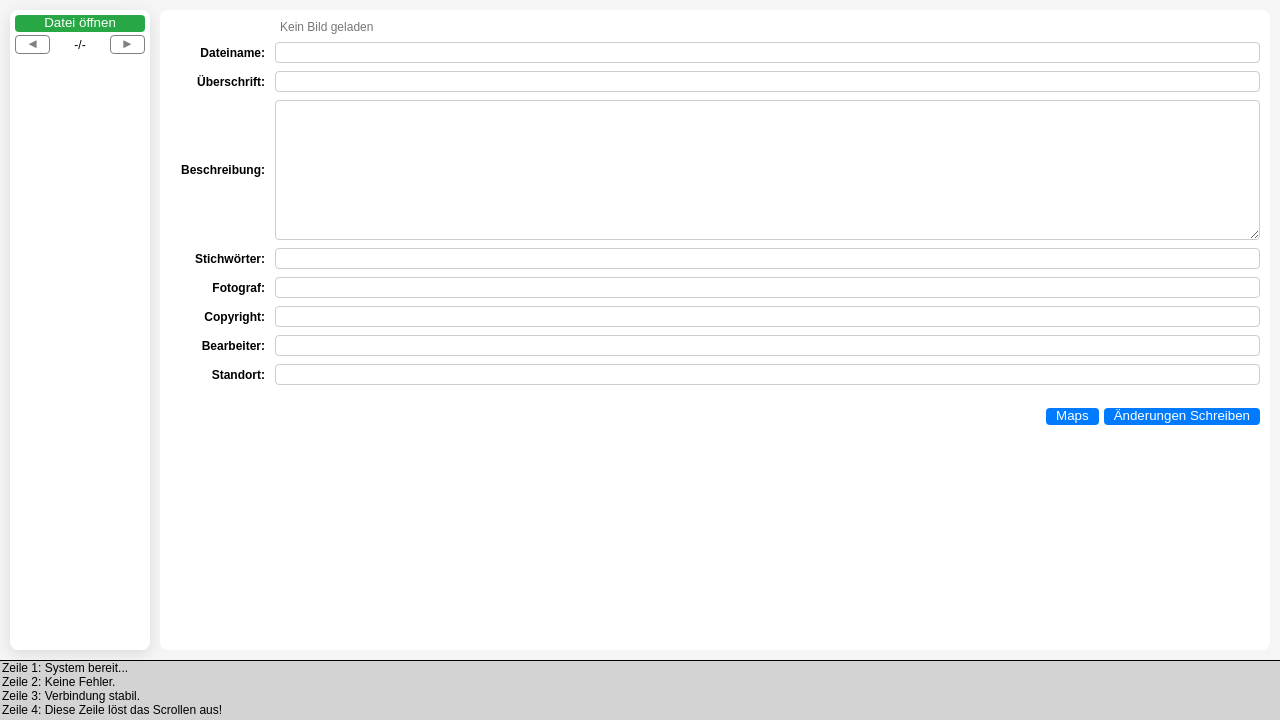
Repository: h-fahle/metadata
Page: ui/index.html
These files come from the project's save history. The page is drawn as it stood at one moment and after the next save; the edit follows.
The browser window is 1280 px wide. The pictures show the whole page.

Above is the page before, as saved 2026-08-19 17:00:16.

### ui/index.html
<!DOCTYPE html>
<html lang="de">

<head>
	<meta charset="UTF-8">
	<title>Tauri ExifTool Test</title>
	<script src="script.js" defer></script>
	<link rel="stylesheet" href="style.css">
</head>

<body>

	<main id="main-container">

		<!-- Das Vorschaubild links -->
		<aside id="sidebar">

			<button id="file-open" onclick="dateiAuswählen()">Datei öffnen</button>

			<div id="nav">
				<button class="blaettern" onclick="blaettern(-1)">◄</button>
				<span id="img-nummer">-/-</span>
				<button  class="blaettern" onclick="blaettern(1)">►</button>
			</div>

<!-- 		<select id="menue-oeffnen" onchange="menueAktion(this)" >
				<option value="dateien">🖼️ Bilder öffnen...</option>
				<option value="ordner">📁 Ordner öffnen...</option>
			</select>
 -->
			<img id="vorschau-bild" src="" style="display:none;" />
			<div id="bild-info" style="text-align:center;">
				<span id="img-datum"></span><br>
				<span id="img-groesse"></span>
			</div>
		</aside>

		<!-- Das Formular rechts -->
		<section id="form-container">

			<div id="ordner-pfad">Kein Bild geladen</div>

			<div class="form-row tooltip" data-tooltip=
"Im Einzelmodus: Änderung des Dateinamens bewirkt
   Umbenennung der Datei.
Im Stapelmodus: Ordnername is nicht änderbar.!">
				<label for="filename">Dateiname:</label>
				<input type="text" id="filename" name="filename"/>
			</div>

			<div class="form-row tooltip" data-tooltip=
"Auch: (Dokument-)Titel, Schlagzeile, Headline">
				<label for="caption">Überschrift:</label>
				<input type="text" id="caption" name="caption"/>
			</div>

			<div class="form-row tooltip" data-tooltip=
"Beschreibender Text in beliebiger Länge.
(Im Stapelmodus wird der eingegebene Text
   an vorhandenen angehängt.)
Hinweis: Einige Programme zeigen nur 2.000 Zeichen
   oder auch weniger an.">
				<label for="description">Beschreibung:</label>
				<textarea id="description" name="description"></textarea>
			</div>

			<div class="form-row tooltip" data-tooltip=
"Komma-separierte Liste. Groß-/Kleinschreibung beachten.
Im Stapelmodus werden die eingegebenen Stichwörter
   an vorhandene angehängt.">
				<label for="keywords">Stichwörter:</label>
				<input type="text" id="keywords" name="keywords"/>
			</div>

			<div class="form-row tooltip" data-tooltip=
"Urheber, Ersteller, Autor
(Tags: Artitst, Creator, By-line)">
				<label for="creator">Fotograf:</label>
				<input type="text" id="creator" name="creator"/>
			</div>

			<div class="form-row tooltip" data-tooltip=
"Urheberrechtshinweis; enthält in der Regel:
Name des Fotografen, Aufnahmejahr und Nutzungsrechte;
(z.B. 'Copyright [1975] [Mustermann], Alle Rechte vorbehalten')">
				<label for="copyright">Copyright:</label>
				<input type="text" id="copyright" name="copyright"/>
			</div>

			<div class="form-row tooltip" data-tooltip=
"Verfasser der Metadaten
(Tags: Caption Writer, Writer Editor)">
				<label for="editor">Bearbeiter:</label>
				<input type="text" id="editor" name="editor"/>
			</div>

			<div class="form-row tooltip" data-tooltip=
"GPS-Koordinaten in Dezimalgrad (51.49129, 8.43317).
Ermitteln der Koordinaten in der Google Maps-Karte:
  1. mit rechter Maustaste auf den Standort klicken,
  2. auf die angezeigten Koordinaten klicken,
  3. der so gespeicherte Wert kann dann mit Strg+V
     kopiert werden.">
				<label for="position">Standort:</label>
				<input type="text" id="position" name="position"/>
			</div>

			<!-- Button-Leiste -->
			<div class="button-group" style="text-align: right; margin-top: 15px;">
				<button type="button" onclick="zeigeMaps(event)" style="background: #007BFF;">Maps</button>
				<button type="button" onclick="exifSchreiben(event)" style="background: #007BFF;">Änderungen Schreiben</button>
			</div>

		</section>  <!-- Ende der form-containers-->
	</main> <!-- Ende des main-containers -->

	<footer id="statusleiste">
		<div id="status-text">
			Zeile 1: System bereit...<br>
			Zeile 2: Keine Fehler.<br>
			Zeile 3: Verbindung stabil.<br>
			Zeile 4: Diese Zeile löst das Scrollen aus!
		</div>
	</footer>


</body>

</html>

### ui/script.js
let aktuellerBildPfad = "";
let bilderListe = [];
let aktuellerIndex = -1;
let status = document.getElementById('statusleiste');


function zeigeStatus(nachricht) {
    status.innerText = nachricht;
}

async function dateiAuswählen() {
    try {
        const ergebnis = await window.__TAURI__.core.invoke('plugin:dialog|open', {
            options: {
                title: 'Bilddatei für ExifTool auswählen',
                directory: false,
                multiple: false,
                filters: [
                    { name: 'Bilder', extensions: ['jpg', 'jpeg', 'png', 'gif', 'tif', 'tiff', 'webp', 'avif', 'heic', 'heif'] }
                ]
            }
        });

        if (ergebnis) {
            const pfad = typeof ergebnis === 'object' ? ergebnis.path : ergebnis;
            aktuellerBildPfad = pfad;

            // Bilderliste des Ordners auslesen
            await ladeOrdnerBilder(pfad);

            // Metadaten für das aktuelle Bild einlesen
            exifAuslesen();
        }
    } catch (fehler) {
        zeigeStatus("Dialog-Fehler: " + fehler);
    }
}

async function ladeOrdnerBilder(pfad) {
    try {
        bilderListe = await window.__TAURI__.core.invoke('hole_ordner_bilder', { dateipfad: pfad });
        // Finde den Index des aktuell geöffneten Bildes
        aktuellerIndex = bilderListe.indexOf(pfad);
    } catch (fehler) {
        console.error("Fehler beim Laden des Ordnerinhalts:", fehler);
        ausgabe.innerHTML = "<span style='color: red;'>Fehler beim Laden des Ordnerinhalts: " + fehler + "</span>";
        bilderListe = [pfad];
        aktuellerIndex = 0;
    }
}

function blaettern(richtung) {
    if (bilderListe.length === 0) return;

    aktuellerIndex += richtung;

    // Begrenzungen einhalten
    if (aktuellerIndex < 0) {
        aktuellerIndex = 0;
        return;
    }
    if (aktuellerIndex >= bilderListe.length) {
        aktuellerIndex = bilderListe.length - 1;
        return;
    }

    aktuellerBildPfad = bilderListe[aktuellerIndex];
    exifAuslesen();
}

async function exifAuslesen() {
    const pfad = aktuellerBildPfad;
    const vorschauImg = document.getElementById("vorschau-bild");

    zeigeStatus("Rufe ExifTool auf...");

    try {
        // 1. Metadaten über Rust holen
        const jsonText = await window.__TAURI__.core.invoke('lese_bild_metdaten', { dateipfad: pfad });
        const datenObjekt = JSON.parse(jsonText)[0]; 	// Das 1. JSON-Objekt im JSON-Array in JS-Objekt umwandeln

        if (bilderListe.length > 0) {
            document.getElementById('img-nummer').innerText = `${aktuellerIndex + 1}/${bilderListe.length}`;
        } else {
            document.getElementById('img-nummer').innerText = '0/0';
        }

        let aufnahmeDatum = datenObjekt.DateTimeOriginal;
        if (typeof aufnahmeDatum === 'undefined') aufnahmeDatum = '---';

        document.getElementById('img-datum').innerText = '\u{1F4F7} ' + aufnahmeDatum || '';
        document.getElementById('img-groesse').innerText = '⤢ ' + datenObjekt.ImageSize || '';

        document.getElementById('filename').value = datenObjekt.FileName || '';
        document.getElementById('caption').value = datenObjekt.CMB_Caption || '';
        document.getElementById('description').value = datenObjekt.Description || '';
        document.getElementById('keywords').value = datenObjekt.Keywords || '';
        document.getElementById('creator').value = datenObjekt.Creator || '';
        document.getElementById('copyright').value = datenObjekt.Copyright || '';
        document.getElementById('editor').value = datenObjekt.CMB_Editor || '';
        document.getElementById('position').value = datenObjekt.GPSPosition || '';

        const vollerPfad = pfad;
        // Erkennt automatisch Linux-Schrägstriche (/) und Windows-Backslashes (\)
        const letzterSlash = Math.max(vollerPfad.lastIndexOf('/'), vollerPfad.lastIndexOf('\\'));
        let ordner = "Unbekannt";
        if (letzterSlash !== -1) {
            ordner = vollerPfad.substring(0, letzterSlash);
        }
        // Den berechneten Ordnerpfad in das neue Label schreiben
        document.getElementById('ordner-pfad').innerText = ordner;

        // Wir nehmen das erste Element der Liste (ExifTool liefert immer ein Array)
        zeigeStatus(jsonText);

        // Wir fragen Rust nach dem besten Weg für das Bild
        const vorschauErgebnis = await window.__TAURI__.core.invoke('hole_vorschaubild', { dateipfad: pfad });

        if (vorschauErgebnis === "STANDARD") {
            // Normales JPG/PNG über das Asset-Protokoll
            const assetUrl = window.__TAURI__.core.convertFileSrc(pfad);
            vorschauImg.src = assetUrl + "?t=" + new Date().getTime();
        } else if (vorschauErgebnis.startsWith("data:[embedded picture, 23 characters]")) {
            // TIF/TIFF über den im RAM kompilierten Rust-Wandler
            vorschauImg.src = vorschauErgebnis;
        }

        vorschauImg.style.display = "block";

    } catch (fehler) {
        zeigeStatus("Fehler: " + fehler);
        vorschauImg.style.display = "none";
    }
}

async function zeigeMaps(event) {
    event.preventDefault()
    let gps = document.getElementById('position').value;

    try {
        // Ruft direkt unsere eigene, sichere Rust-Funktion auf
        await window.__TAURI__.core.invoke('oeffne_maps_browser', {
            gpsString: gps
        });
    } catch (fehler) {
        console.error("Fehler:", fehler);
        ausgabe.innerHTML = "<span style='color: red;'>Fehler bei öffnen Maps: " + fehler + "</span>";
    }
}

async function exifSchreiben(ereignis) {
    if (ereignis) ereignis.preventDefault();  // verbietet dem Browser den automatischen Seiten-Reset!

    const pfad = aktuellerBildPfad;

    zeigeStatus("Speichere Daten über ExifTool...");

    // Wir sammeln alle aktuellen Werte aus den Eingabefeldern ein
    const daten = {
        dateipfad: pfad,
        filename: document.getElementById('filename').value,
        caption: document.getElementById('caption').value,
        description: document.getElementById('description').value,
        keywords: document.getElementById('keywords').value.split(',').map(s => s.trim()).join(', '),
        creator: document.getElementById('creator').value,
        copyright: document.getElementById('copyright').value,
        editor: document.getElementById('editor').value,
        gps: document.getElementById('position').value
    };

    try {
        // Wir schicken das gesamte Paket an die Rust-Funktion 'schreibe_bild_metdaten'
        const antwort = await window.__TAURI__.core.invoke('schreibe_bild_metdaten', daten);

        // Bei Erfolg zeigen wir die Meldung in grüner Schrift an
        zeigeStatus(antwort);

        // 2. Da der Pfad dank preventDefault() jetzt bombenfest im Feld stehen bleibt,
        // funktioniert das Neuladen nun augenblicklich und fehlerfrei!
        await exifAuslesen();

    } catch (fehler) {
        // Falls etwas schiefgeht (z.B. Datei schreibgeschützt), zeigen wir den Fehler an
        zeigeStatus("Fehler: " + fehler);
    }
}

### ui/style.css
/* 1. Das App-Fenster exakt auf 100% fixieren (kein äußeres Scrollen) */
html, body {
	margin: 0;
	padding: 0;
	height: 100vh;
	width: 100vw;
	overflow: hidden; /* Verhindert jegliche äußere Scrollbalken */
	background: #f5f5f5;
	font-family: sans-serif;
	font-size: 12px;
	display: flex;
	flex-direction: column; /* Hauptinhalt oben, Statusleiste unten */
}

/* Allumfassender Box-Sizing-Fix für die gesamte App */
*, *::before, *::after {
	box-sizing: border-box;
}

/* 2. Der Hauptbereich füllt den gesamten oberen Platz aus */
#main-container {
	flex: 1;
	display: flex;
	flex-direction: row; /* Elemente nebeneinander */
	gap: 10px;
	padding: 10px;
	overflow: hidden; /* Verhindert, dass Riesen-Inhalte das Fenster sprengen */
}

/* 3. LINKS: Die Sidebar mit fester Breite */
#sidebar {
	width: 140px;
	min-width: 140px; /* Lässt die Sidebar niemals schrumpfen */
	background-color: #ffffff;
	border-radius: 8px;
	padding: 5px;
	box-shadow: 0 4px 15px rgba(0, 0, 0, 0.1);
}

/* 4. RECHTS: Das Formular nimmt den gesamten Rest ein und wächst mit */
#form-container {
	flex: 1; /* Nimmt 100% des restlichen Platzes ein */
	min-width: 0; /* Erlaubt Flexbox, die Box bei Bedarf zu verkleinern */
	background-color: #ffffff;
	border-radius: 8px;
	padding: 10px;
	display: flex;
	flex-direction: column;
	gap: 8px;
}

/* Jede Zeile wird zu einer horizontalen Flexbox */
.form-row {
	display: flex !important;
	flex-direction: row;
	align-items: center; /* Richtet Label und Input vertikal mittig zueinander aus */
	gap: 10px;           /* Abstand zwischen Label und Input */
	width: 100%;
}

/* Die Labels bekommen eine feste Breite, damit alle Inputs sauber untereinander starten */
.form-row label {
	width: 95px;         /* Breite je nach längstem Label-Text anpassen */
	min-width: 95px;     /* Verhindert, dass das Label zusammengedrückt wird */
	text-align: right;   /* Optional: Richtet den Text rechtsbündig zum Input aus */
	font-weight: bold;
}

/* Die Eingabefelder füllen jetzt den gesamten restlichen Platz der Zeile aus */
.form-row input,
.form-row textarea {
	flex: 1;             /* Zwingt das Input-Feld, den Rest der Zeile einzunehmen */
	width: 100%;
	min-width: 0;        /* Erlaubt dem Input, bei sehr kleinen Fenstern stabil zu schrumpfen */
	/* padding: 8px; */
	border: 1px solid #ccc;
	border-radius: 4px;
	padding: 2px;
	-webkit-font-smoothing: antialiased;
}
.form-row textarea {
	min-height: 140px;
}


/* 5. UNTEN: Die Statusleiste mit fixer Höhe und eigenem Scrollbalken */
#statusleiste {
	height: 60px; /* Feste Höhe für ca. 3 Zeilen Text */
	min-height: 60px;
	background-color: lightgray;
	color: black;
	padding: 0 2px;
	overflow-y: auto; /* Vertikaler Scrollbalken erscheint NUR bei Bedarf */
	overflow-x: hidden; /* Verhindert horizontales Scrollen in der Statusleiste */
	-webkit-font-smoothing: antialiased;
	border-top: 1px solid;
}




div#nav {
	width: 130px;
	display: flex;
	justify-content: space-between;
	align-items: center;
	margin-bottom: 10px;
}

#vorschau-bild {
	width: 130px;
	height: auto;
	border: 1px outset gray;
}


/* Container des Formulars ----------------------------------------- */
#mein-formular-container {
	flex-grow: 1;
	margin: 0;
	padding: 5px 10px;
	background-color: #ffffff;
	border-radius: 8px;
	box-shadow: 0 4px 15px rgba(0, 0, 0, 0.1);
	font-family: Arial, sans-serif;
}

#mein-formular-container div {
	display: flex;
	align-items: center;
	margin: 6px 0;
	/* Geringer Zeilenabstand */
	width: 100%;
	margin-top: 5px;
	/* Kleiner Abstand nach oben */
	margin-bottom: 5px;
	/* Kleiner Abstand nach unten */
}

#ordner-pfad {
	margin-left: 110px !important;
	color: #777777;
}


/* Bedien-Elemente -------------------------------------------- */
button {
	padding: 0px 10px 2px 10px;
	cursor: pointer;
	background: #28a745;
	color: white;
	border: none;
	border-radius: 4px;
}

button#file-open {
	width: 130px;
	margin-bottom: 3px;
}

button.blaettern {
	border: 1px solid gray;
	color: gray;
	background-color: white;
}

/* Der Absendeknopf richtet sich nach den Eingabefeldern aus */
.button-group {
	display: flex;
	justify-content: flex-end;
}

.button-group button {
	margin-left: 5px;
}

select {
	-moz-appearance: none;
	-webkit-appearance: none;
	appearance: none;
	border: none;
	border-radius: 4px;
	background: #28a745;
	color: white;
	width: 120px;
}


/* Formular-Elemente ---------------------------------------------------------- */


.tooltip {
	position: relative;
	display: block;
	/* margin-bottom: 15px; */
	/* Wichtig: Standard-Ebene für alle Zeilen */
	z-index: 1;
}

.tooltip:focus-within {
	z-index: 10;
}

/* Wenn die Maus drüber ist oder getippt wird, MUSS diese Zeile über allen anderen liegen */
.tooltip:hover,
.tooltip:has(input:focus) {
	z-index: 9999 !important;
}

.tooltip:hover {
	z-index: 99999 !important;
}

/* Der Tooltip selbst */
.tooltip:hover::after {
	content: attr(data-tooltip);
	position: absolute;

	/* Vertikale Positionierung (unten) */
	top: 50%;
	margin-top: 8px;
	bottom: auto;

	/* Horizontale Positionierung (an deiner Label-Breite) */
	left: 105px;
	/* Hier wieder deine Label-Breite eintragen */
	right: auto;
	transform: none;

	/* Styling & Farben */
	background-color: #333333;
	color: #ffffff;
	padding: 2px 4px;
	background-color: lightyellow;
	color: black;
	border: 1px solid gray;
	border-radius: 4px;
	font-size: 11px;
	line-height: 1.4;

	/* Dynamische Breite */
	white-space: pre;
	width: max-content;

	/* DIE RETTUNG FÜR DEN Z-INDEX: */
	z-index: 100000;
	pointer-events: none;
	/* Verhindert, dass der Tooltip Maus-Klicks oder Hovers abfängt */
}

After the next save:
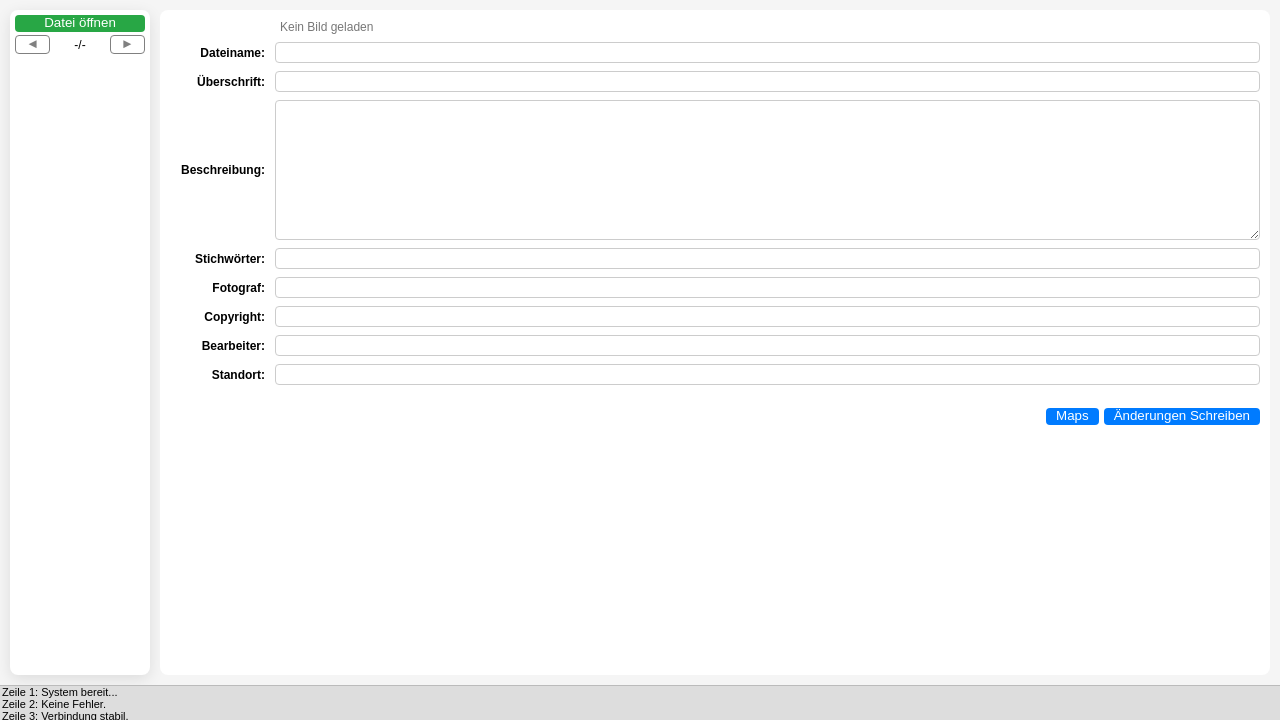
Saved 4 min 49 s later.
--- a/ui/style.css
+++ b/ui/style.css
@@ -85,15 +85,16 @@ html, body {
 
 /* 5. UNTEN: Die Statusleiste mit fixer Höhe und eigenem Scrollbalken */
 #statusleiste {
-	height: 60px; /* Feste Höhe für ca. 3 Zeilen Text */
-	min-height: 60px;
-	background-color: lightgray;
+	height: 35px; /* Feste Höhe für ca. 2 Zeilen Text */
+	min-height: 35px;
+	background-color: #ddd;
 	color: black;
 	padding: 0 2px;
 	overflow-y: auto; /* Vertikaler Scrollbalken erscheint NUR bei Bedarf */
 	overflow-x: hidden; /* Verhindert horizontales Scrollen in der Statusleiste */
 	-webkit-font-smoothing: antialiased;
-	border-top: 1px solid;
+	border-top: 1px solid #bbb;
+	font-size: 11px;
 }
 
 
